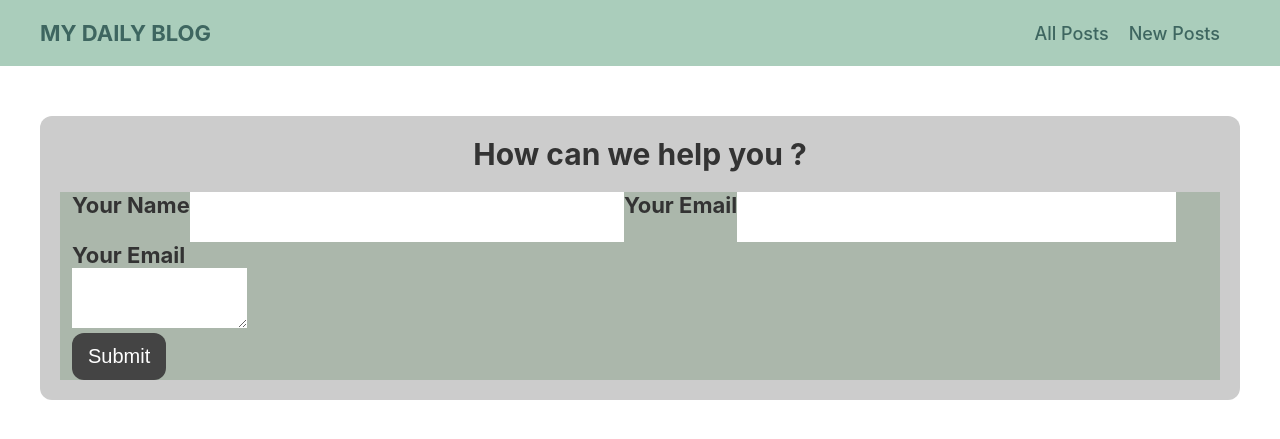
Repository: lyvandat/post-project-nextjs
Page: /new-post
The author's editor kept a copy of each file at every save. The page is drawn from the files as they stood at one save, then again after the next save.
The browser window is 1280 px wide. The pictures show the whole page.
The project was rebuilt for these pictures with package versions that can differ from the ones it lists, and the page was loaded fresh each time. The framework's server and built-in components were replaced by stand-ins that run in the browser. Also part of the build but not shown: next.config.js.

Above is the page before, as saved 2022-09-26 18:38:27.

### pages/_app.tsx
import "../styles/globals.css";
import type { AppProps } from "next/app";
import Layout from "../components/layout/Layout";

function MyApp({ Component, pageProps }: AppProps) {
  return (
    <Layout>
      <Component {...pageProps} />
    </Layout>
  );
}

export default MyApp;

### pages/new-post.tsx
import NewPost from "../components/posts/NewPost";
const NewPostPage: React.FC = (props) => {
  return <NewPost />;
};

export default NewPostPage;

### styles/globals.css
:root {
  --background-green: #aacdbb;
  --light-green: #abb7ab;
  --medium-green: #8b9874;
  --high-green: #3e6660;
}

html,
body {
  color: var(--medium-green);
  padding: 0;
  margin: 0;
  font-family: -apple-system, BlinkMacSystemFont, Segoe UI, Roboto, Oxygen,
    Ubuntu, Cantarell, Fira Sans, Droid Sans, Helvetica Neue, sans-serif;
}

html {
  font-size: 62.5%;
}

body {
  font-size: 1.6rem;
}

a {
  color: inherit;
  text-decoration: none;
}

* {
  box-sizing: border-box;
  margin: 0;
  border: 0;
  padding: 0;
}

ul {
  padding-left: 0;
  list-style: none;
}

button {
  outline: none;
}

img {
  display: block;
  max-width: 100%;
}

.container {
  max-width: 1200px;
  width: 100%;
  margin-left: auto;
  margin-right: auto;
}

.container > h2 {
  text-align: center;
  color: white;
  opacity: 0.66;
  margin-bottom: 40px;
  margin-top: 10px;
  padding-top: 30px;
  font-size: 2.8rem;
  font-weight: 600;
  text-transform: capitalize;
}

.padding-section {
  padding-top: 50px;
  padding-bottom: 30px;
}

### components/layout/Layout.tsx
import React from "react";
import classes from "./Layout.module.css";
import MainNavigation from "./MainNavigation";

const Layout: React.FC<{ children: React.ReactNode }> = (props) => {
  return (
    <React.Fragment>
      <MainNavigation></MainNavigation>
      <main className={classes.main}>{props.children}</main>
    </React.Fragment>
  );
};

export default Layout;

### components/posts/NewPost.tsx
import classes from "./NewPost.module.css";

const NewPost: React.FC = (props) => {
  return (
    <section className={`${classes.contact} container`}>
      <h1> How can we help you ?</h1>
      <form className={classes.form}>
        <div className={classes.controls}>
          <div className={classes.control}>
            <label htmlFor="name">Your Name</label>
            <input id="name" type="text"></input>
          </div>
          <div className={classes.control}>
            <label htmlFor="email">Your Email</label>
            <input id="email" type="text"></input>
          </div>
        </div>
        <div className={classes.text}>
          <label htmlFor="feedback">Your Email</label>
          <textarea id="feedback" rows={4}></textarea>
        </div>
        <div className={classes.actions}>
          <button type="submit">Submit</button>
        </div>
      </form>
    </section>
  );
};

export default NewPost;

### components/layout/Layout.module.css
.main {
  width: 100%;
  margin-left: auto;
  margin-right: auto;
}

### components/layout/MainNavigation.tsx
import classes from "./MainNavigation.module.css";
import Link from "next/link";

const MainNavigation: React.FC = (props) => {
  return (
    <header className={classes["main-header"]}>
      <div className={classes.container}>
        <Link href="/">
          <a>
            <h2>My Daily Blog</h2>
          </a>
        </Link>
        <nav>
          <ul>
            <li>
              <Link href="/all-posts">All Posts</Link>
            </li>
            <li>
              <Link href="/new-post">New Posts</Link>
            </li>
          </ul>
        </nav>
      </div>
    </header>
  );
};

export default MainNavigation;

### components/posts/NewPost.module.css
.contact {
  background-color: #ccc;
  border-radius: 12px;
  padding: 20px;
  color: #333;
  font-size: 2.2rem;
  font-weight: bold;
  margin-top: 50px;
}

.contact h1 {
  font-size: 3rem;
  text-align: center;
  margin-bottom: 20px;
}

.form {
  padding: 0 12px;
  background-color: var(--light-green);
}

.controls {
  display: flex;
  flex-flow: row nowrap;
}

.control {
  width: calc(50% - 16px);
  display: flex;
}

.control input {
  flex: 1;
  padding: 12px;
  font-size: inherit;
}

.text label {
  display: block;
}

.actions {
  margin-left: auto;
}

.actions button {
  font-size: 2rem;
  background-color: #444;
  color: #fff;
  padding: 12px 16px;
  border-radius: 12px;
}

.actions button:hover {
  background-color: #222;
}

### components/layout/MainNavigation.module.css
.main-header {
  background-color: var(--background-green);
  padding: 20px;
}

.container {
  color: var(--high-green);
  width: 100%;
  max-width: 1200px;
  display: flex;
  justify-content: space-between;
  align-items: center;
  margin: 0 auto;
}

.container h2 {
  font-size: 22px;
  font-weight: 700;
  text-transform: uppercase;
}

.container nav {
}

.container ul {
  display: flex;
  justify-content: flex-start;
}

.container li {
  margin-right: 20px;
}

.container a {
  font-weight: 600;
  font-size: 18px;
  font-weight: 500;
}

After the next save:
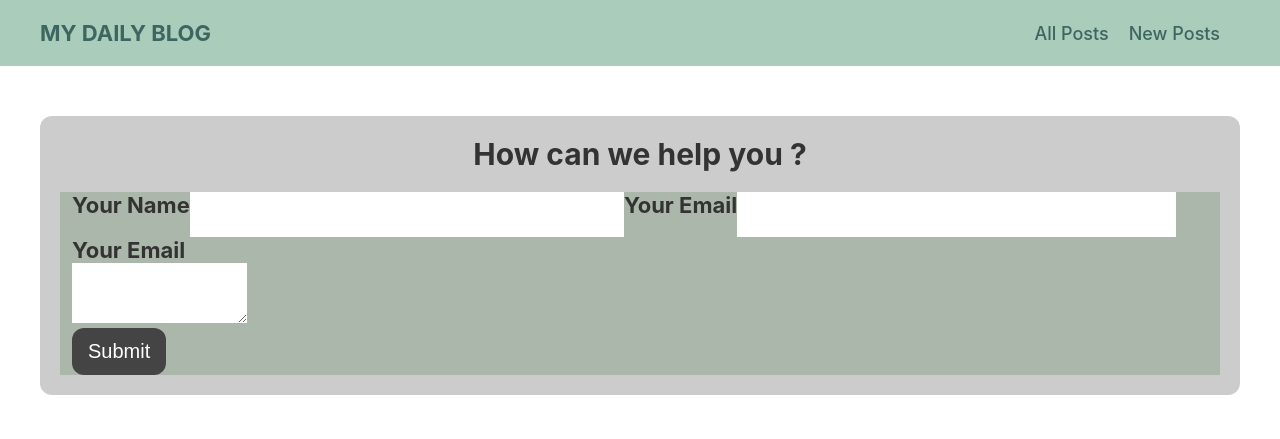
Saved 8 s later.
--- a/components/posts/NewPost.module.css
+++ b/components/posts/NewPost.module.css
@@ -32,7 +32,7 @@
 .control input {
   flex: 1;
   padding: 12px;
-  font-size: inherit;
+  font-size: 1.8rem;
 }
 
 .text label {
